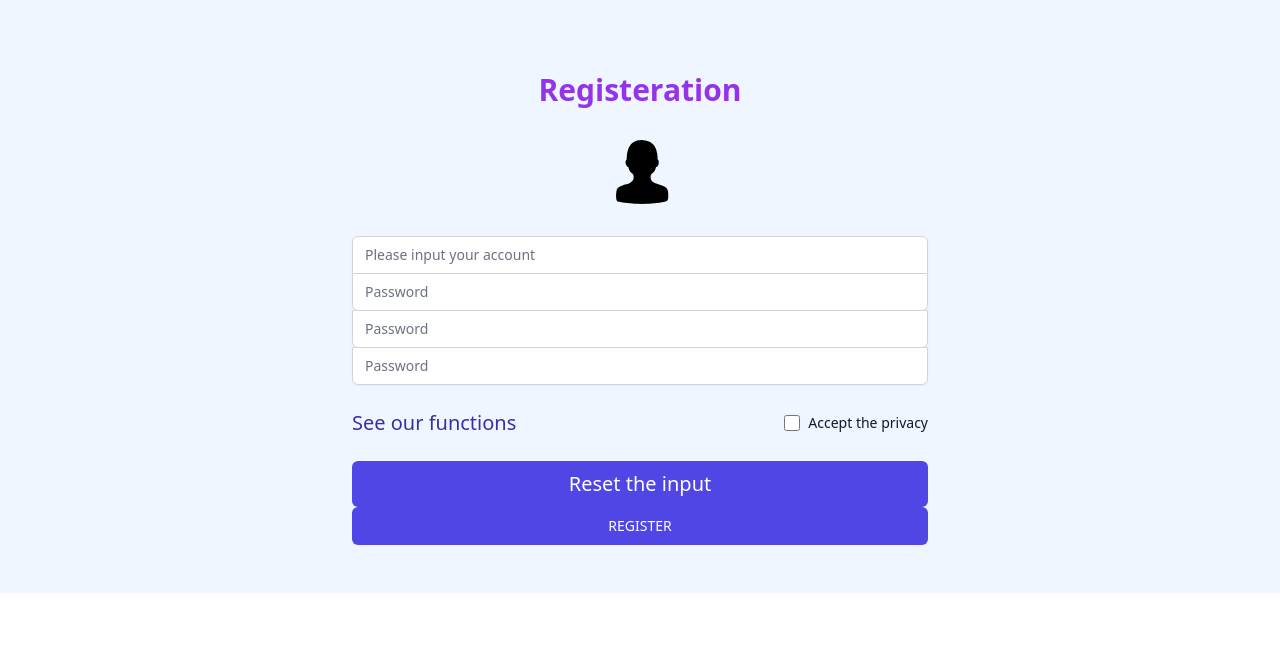
Repository: LiuRuohui/test_the_tailwindcss
Page: /
These files come from the project's save history. The page is drawn as it stood at one moment and after the next save; the edit follows.
The browser window is 1280 px wide. The pictures show the whole page.
The project was rebuilt for these pictures with package versions that can differ from the ones it lists, and the page was loaded fresh each time. Also part of the build but not shown: vite.config.js.

Above is the page before, as saved 2022-03-03 10:19:54.

After the next save:
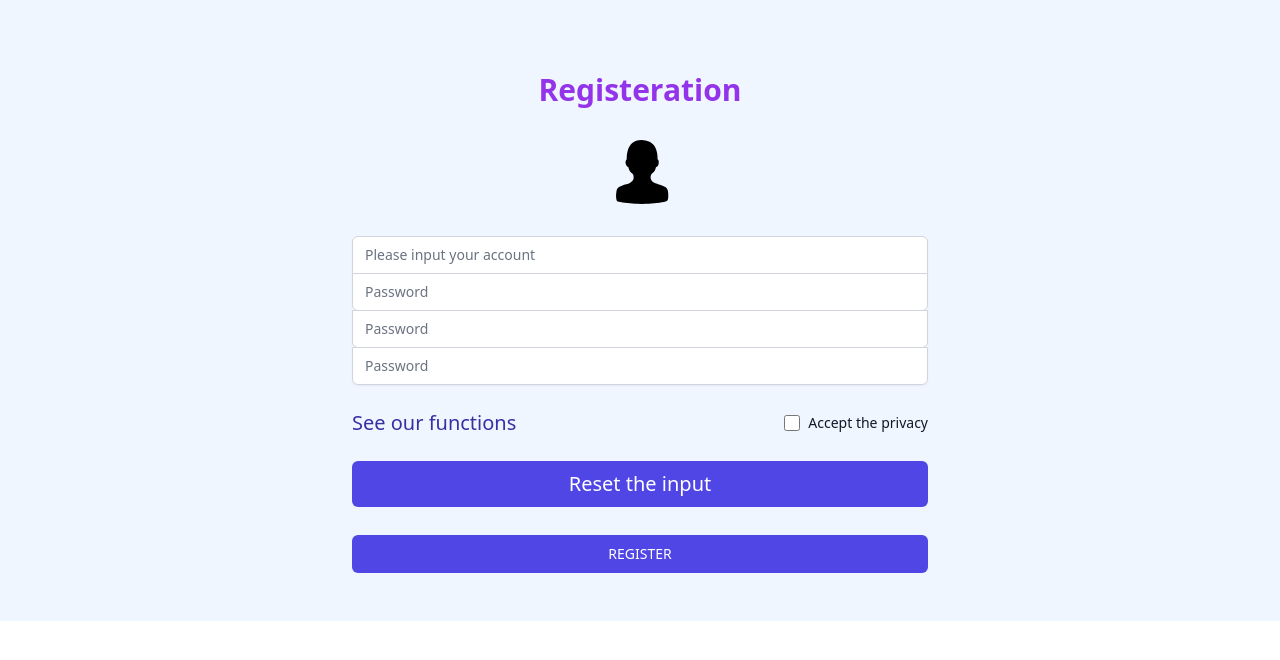
Saved 11 s later.
--- a/src/components/RegisterPage.vue
+++ b/src/components/RegisterPage.vue
@@ -40,7 +40,7 @@
       <div class="sm:text-xl sm:mt-8">
         <button  class="group relative flex w-full justify-center py-2 border border-transparent sm:text-xl font-medium rounded-md text-white bg-indigo-600 hover:bg-indigo-700 focus:outline-none focus:ring-2 focus:ring-offset-2 focus:ring-indigo-500">
           Reset the input
-        </button>
+        </button> <br>
         <button type="submit" class="group relative w-full flex justify-center py-2 px-4 border border-transparent text-sm font-medium rounded-md text-white bg-indigo-600 hover:bg-indigo-700 focus:outline-none focus:ring-2 focus:ring-offset-2 focus:ring-indigo-500">
           REGISTER
         </button>
